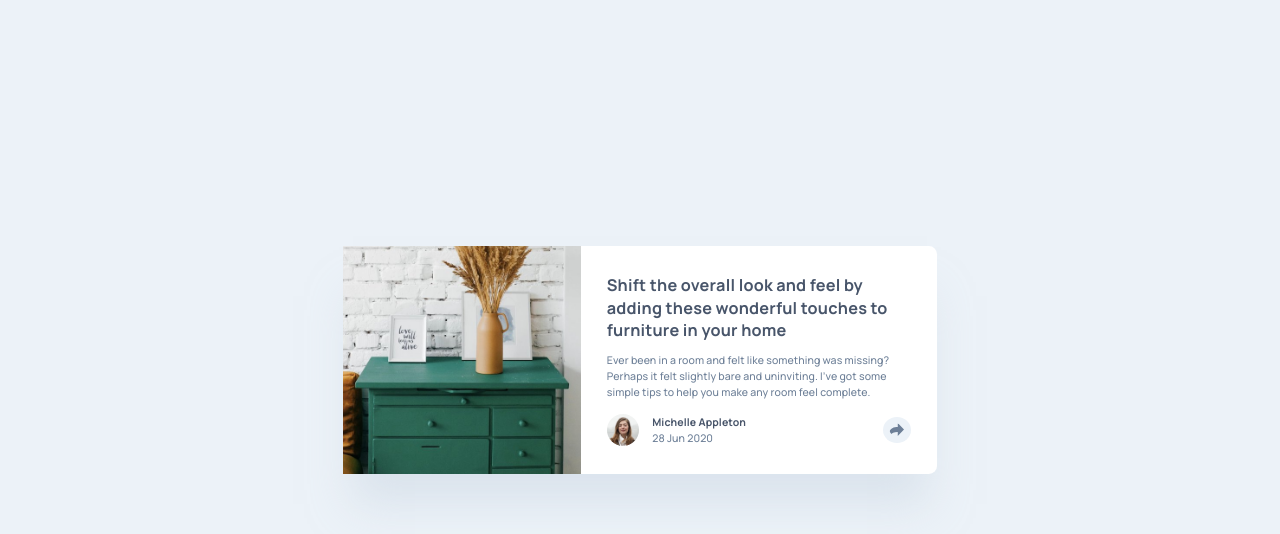
Repository: brandontaylor1/article-preview-component
Page: index.html
These files come from the project's save history. The page is drawn as it stood at one moment and after the next save; the edit follows.
The browser window is 1280 px wide. The pictures show the whole page.

Above is the page before, as saved 2025-01-13 22:59:41.

### index.html
<!DOCTYPE html>
<html lang="en">
<head>
    <meta charset="UTF-8">
    <meta name="viewport" content="width=device-width, initial-scale=1.0">
    <link rel="preconnect" href="https://fonts.googleapis.com">
    <link rel="preconnect" href="https://fonts.gstatic.com" crossorigin>
    <link href="https://fonts.googleapis.com/css2?family=Manrope:wght@200..800&display=swap" rel="stylesheet">
    <link rel="stylesheet" href="styles.css">
    <title>Article Preview Component</title>
</head>
<body>

    <div class="container">
        <main class="component">
            <div class="img-container">

            </div>
            <div class="component-content">
                <h2>Shift the overall look and feel by adding these wonderful touches to furniture in your home</h2>
                <p class="subheading">Ever been in a room and felt like something was missing? Perhaps it felt slightly bare and uninviting. I’ve got some simple tips to help you make any room feel complete.</p>
                    <div class="social-box">
                        <div class="social-info">
                            <img src="./assets/images/avatar-michelle.jpg" alt="Picture of User Michelle">
                            <div class="social-info-text">
                                <p>Michelle Appleton</p>
                                <p>28 Jun 2020</p>
                            </div>
                        </div>
                    <img src="./assets/images/icon-share.svg" class="share-btn" alt="Share Icon">
                </div>
            </div>
        </main>
    </div>

    <script src="index.js"></script>
</body>
</html>

### styles.css
* {
    margin: 0;
    padding: 0;
    box-sizing: border-box;
}

:root {
    /* COLORS */
    --dark-grayish-blue: hsl(217, 19%, 35%);
    --desaturated-dark-blue: hsl(214, 17%, 51%, 1);
    --grayish-blue: hsl(212, 23%, 69%);
    --light-grayish-blue: hsl(210, 46%, 95%);
}

html {
    font-size: 13px;
}

body {
    font-family: 'Nunito', sans-serif;
    background-color: var(--light-grayish-blue);
}

/* UTILITY CLASS */
.active {
    background-color: var(--grayish-blue);
    color: white;
}

.container {
    height: 100vh;
    display: flex;
    justify-content: center;
    align-items: center;

}

.component {
    width: 45.625rem;
    height: 17.5rem;
    display: flex;
    align-items: center;
    justify-content: space-between;
    border-radius: 0.625rem;
    background: #FFF;
    box-shadow: 0px 40px 40px -10px rgba(201, 213, 225, 0.50);

}

.img-container {
    width: 21.87rem;
    height: 100%;
    display: flex;
    justify-content: center;
    align-items: center;
    background-image: url('./assets/images/drawers.jpg');
    background-size: cover;
    background-position: center;
    background-repeat: no-repeat;
}

.component-content {
    width: 32rem;
    padding: 2rem;
}

.component-content h2 {
    color: #48556A;
    font-family: Manrope;
    font-size: 1.25rem;
    font-style: normal;
    font-weight: 700;
    line-height: 1.75rem; /* 140% */
    letter-spacing: 0.01563rem;
    width: 100%;
}

.component-content p {
    color: #6E8098;
    font-family: Manrope;
    font-size: 0.8125rem;
    font-style: normal;
    font-weight: 500;
    line-height: 1.25rem; /* 153.846% */
    letter-spacing: 0.00763rem;
}

.subheading {
    margin-top: .75rem;
    color: #6E8098;
    font-family: Manrope;
    font-size: 0.8125rem;
    font-style: normal;
    font-weight: 500;
    line-height: 1.25rem; /* 153.846% */
    letter-spacing: 0.00763rem;
}

.social-box {
    display: flex;
    justify-content: space-between;
    align-items: center;
    width: 100%;
    margin-top: 1rem;
}

.social-info {
    display: flex;
    align-items: center;
    justify-content: center;

}

.social-info img {
    width: 2.5rem;
    height: 2.5rem;
    border-radius: 50%;
    margin-right: 1rem;
}

.social-info-text {
    display: flex;
    align-items: flex-start;
    justify-content: center;
    flex-direction: column;
}

.social-info-text p:nth-child(1){
    font-weight: 700;
    color: var(--dark-grayish-blue);

}

.share-btn {
    padding: .5rem;
    background: var(--light-grayish-blue);
    color: #FFF;
    border-radius: 50%;
    cursor: pointer;
}

.share-btn:hover {
    background-color: var(--light-grayish-blue);
    color: var(--desaturated-dark-blue);
}



/* Media Queries */
@media screen and (max-width: 626px) {
    .component {
        flex-direction: column;
        height: 32rem;
        width: 20rem;
    }

    .img-container {
        width: 100%;
        height: 50%;
    }

    .component-content {
        width: 100%;
        padding: 1.5rem;

    }

    .component-content h2 {
        color: #48556A;
        font-family: Manrope;
        font-size: 1rem;
        font-style: normal;
        font-weight: 700;
        line-height: 1.5rem; /* 150% */
        letter-spacing: 0.0125rem;
    }

    .component-content p {
        color: #6E8098;
        font-family: Manrope;
        font-size: 0.8125rem;
        font-style: normal;
        font-weight: 500;
        line-height: 1.25rem; /* 153.846% */
        letter-spacing: 0.00763rem;
    }

    .social-box {
        margin-top: 2rem;
    }
}

### index.js
const shareBtn = document.querySelector('.share-btn').addEventListener('click', () => {
    alert("I'm working")
})

After the next save:
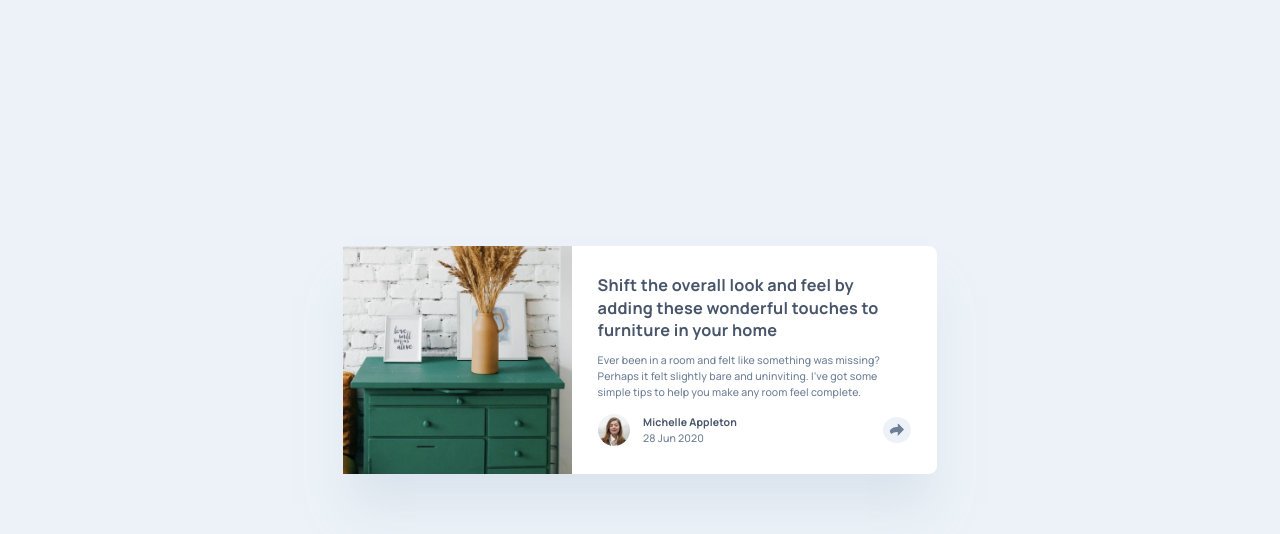
Saved 8 s later.
--- a/styles.css
+++ b/styles.css
@@ -60,7 +60,7 @@ body {
 }
 
 .component-content {
-    width: 32rem;
+    width: 34rem;
     padding: 2rem;
 }
 
